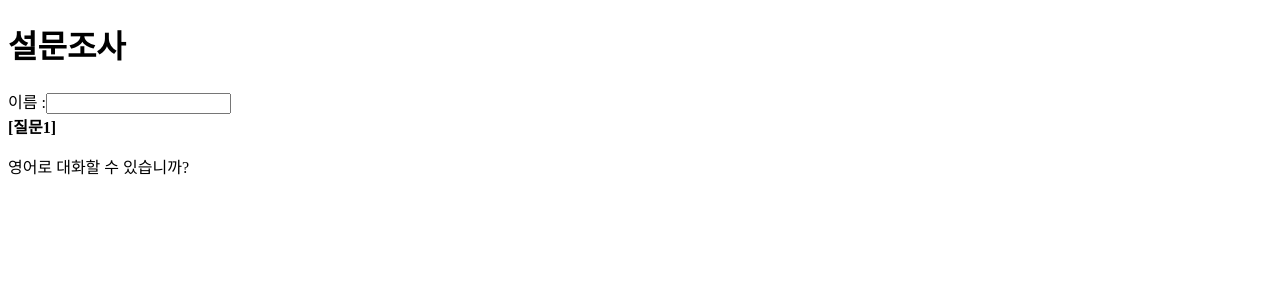
Repository: Jv2020/bitcamp
Page: html/sample05/WebContent/test02.html
These files come from the project's save history. The page is drawn as it stood at one moment and after the next save; the edit follows.
The browser window is 1280 px wide. The pictures show the whole page.

Above is the page before, as saved 2020-01-03 07:21:21.

After the next save:
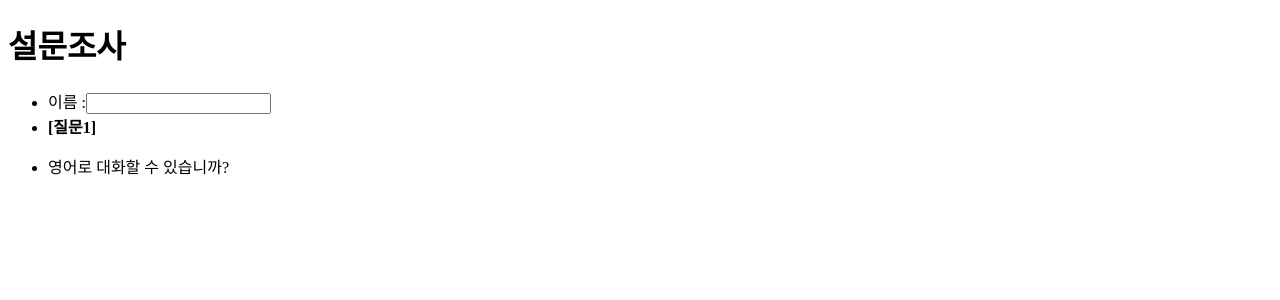
Saved 84 s later.
--- a/html/sample05/WebContent/test02.html
+++ b/html/sample05/WebContent/test02.html
@@ -12,9 +12,11 @@ em {display:block; font-weight:bold; font-style:normal;}
 
 <h1>설문조사</h1>
 <form>
-<span>이름 :</span><input type="text">
-<em>[질문1]</em>
-<p>영어로 대화할 수 있습니까?</p>
+	<ul>
+		<li><span>이름 :</span><input type="text"></li>
+		<li><em>[질문1]</em></li>
+		<li><p>영어로 대화할 수 있습니까?</p></li>
+	</ul>
 </form>
 
 </body>
